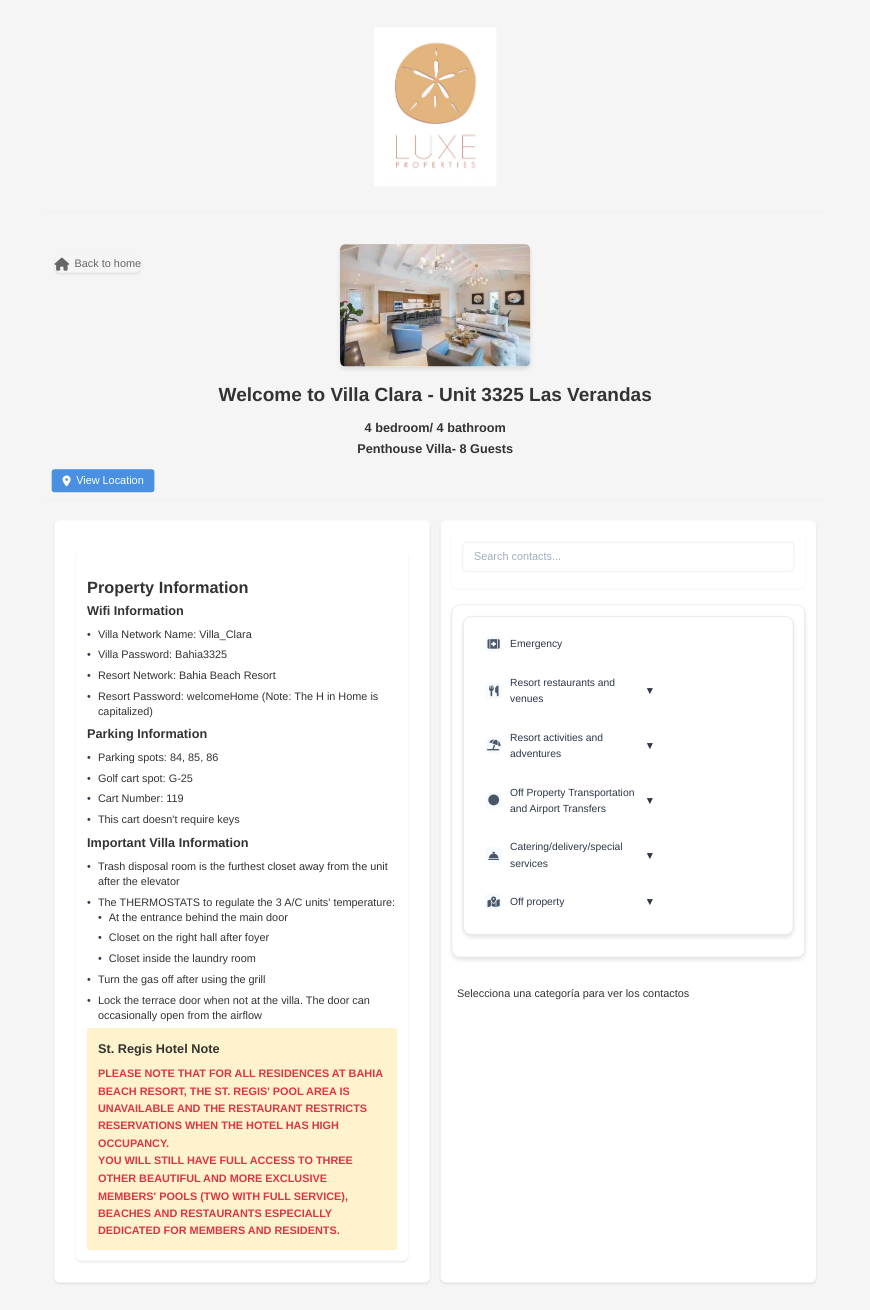
Repository: chvg1968/luxephonebook
Page: public/pages/villaclara.html
The author's editor kept a copy of each file at every save. The page is drawn from the files as they stood at one save, then again after the next save.
The browser window is 1280 px wide. The pictures show the whole page, at 68% of full size.

Above is the page before, as saved 2025-02-01 14:20:16.

After the next save:
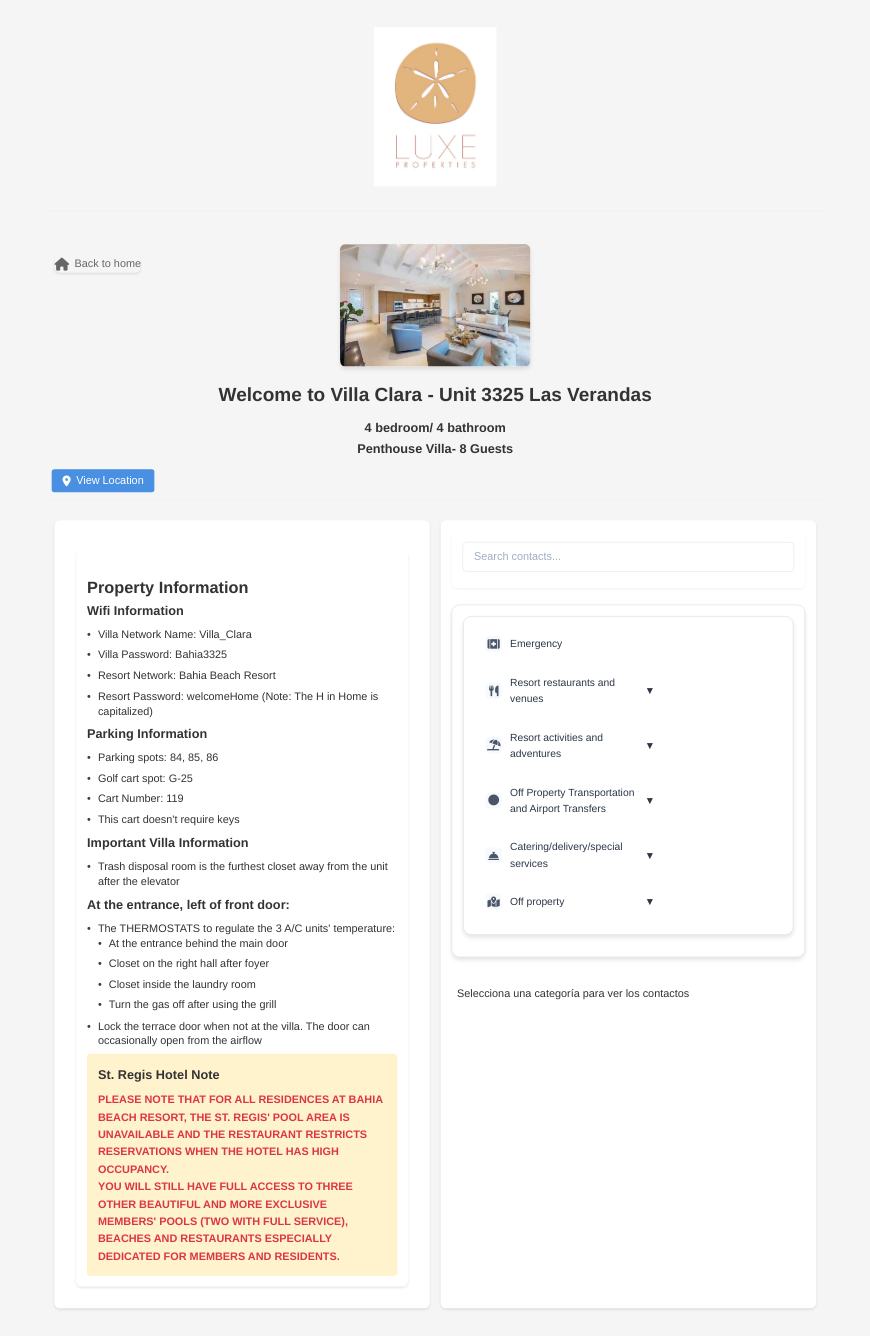
Saved 4 min 54 s later.
--- a/public/pages/villaclara.html
+++ b/public/pages/villaclara.html
@@ -97,14 +97,15 @@
                                     <h3>Important Villa Information</h3>
                                     <ul class="info-list" style="list-style: none;">
                                         <li>Trash disposal room is the furthest closet away from the unit after the elevator</li>
+                                        <h3>At the entrance, left of front door:</h3>
                                         <li>The THERMOSTATS to regulate the 3 A/C units' temperature:
                                             <ul style="list-style: none;">
                                                 <li>At the entrance behind the main door</li>
                                                 <li>Closet on the right hall after foyer</li>
                                                 <li>Closet inside the laundry room</li>
+                                                <li>Turn the gas off after using the grill</li>
                                             </ul>
                                         </li>
-                                        <li>Turn the gas off after using the grill</li>
                                         <li>Lock the terrace door when not at the villa. The door can occasionally open from the airflow</li>
                                     </ul>
                                 </div>
